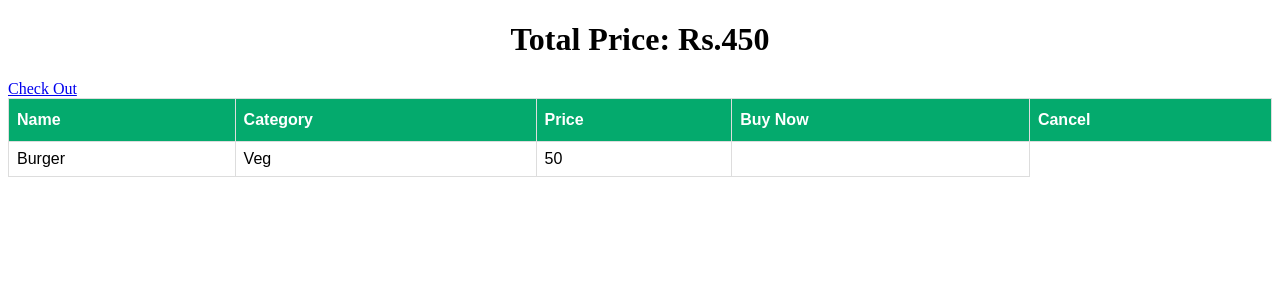
Repository: Shreya200012/FoodBox
Page: http://localhost/foodWeb/cart.jsp
The author's editor kept a copy of each file at every save. The page is drawn from the files as they stood at one save, then again after the next save.
The browser window is 1280 px wide. The pictures show the whole page.
The page is served by Tomcat 9. Other server files are loaded and not shown.

Above is the page before, as saved 2022-06-13 17:44:21.

### foodWeb/src/main/webapp/cart.jsp
<%@ page language="java" contentType="text/html; charset=ISO-8859-1"
    pageEncoding="ISO-8859-1"%>
<!DOCTYPE html>
<html>
<head>
<title>Cart Page</title>
<style>
#customers {
  font-family: Arial, Helvetica, sans-serif;
  border-collapse: collapse;
  width: 100%;
}

#customers td, #customers th {
  border: 1px solid #ddd;
  padding: 8px;
}

#customers tr:nth-child(even){background-color: #f2f2f2;}

#customers tr:hover {background-color: #ddd;}

#customers th {
  padding-top: 12px;
  padding-bottom: 12px;
  text-align: left;
  background-color: #04AA6D;
  color: white;
}
</style>
</head>
<body>
<div class="container">
<div class="d-flex py-3">
<h1 align="center">Total Price: Rs.450</h1>
<a class="mx-3 btn btn-primary" href="#">Check Out</a>
</div>
<table id="customers">
<thead>
<tr>
<th scope="col">Name</th>
<th scope="col">Category</th>
<th scope="col">Price</th>
<th scope="col">Buy Now</th>
<th scope="col">Cancel</th>
</tr>
</thead>
<tbody>
<tr>
<td>Burger</td>
<td>Veg</td>
<td>50</td>
<td>
<form action="" method="post" class="form-inline">
<input type="hidden" name="id" value="1" class="form-input">
<div class="form-group d-flex justify-content-between">
<a class="btn btn-sm btn-incre"><i class="fas fa-plus-square"></i></a></div>

</form>

</tbody>
</table>

</div>



</body>

After the next save:
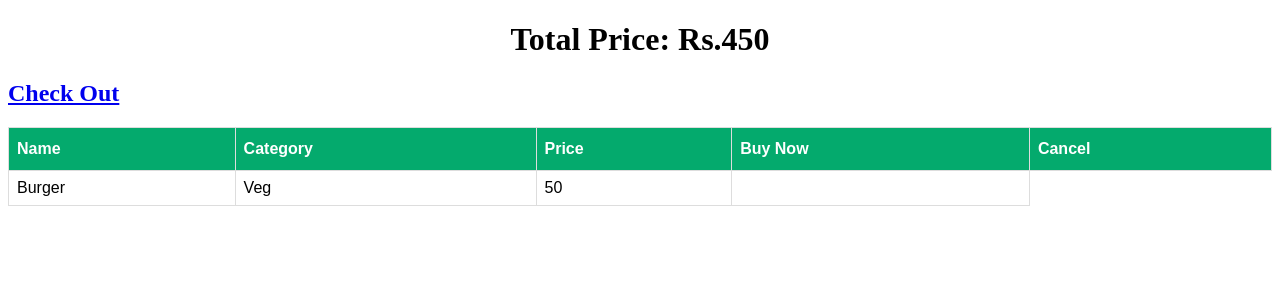
Saved 40 s later.
--- a/foodWeb/src/main/webapp/cart.jsp
+++ b/foodWeb/src/main/webapp/cart.jsp
@@ -33,7 +33,7 @@
 <div class="container">
 <div class="d-flex py-3">
 <h1 align="center">Total Price: Rs.450</h1>
-<a class="mx-3 btn btn-primary" href="#">Check Out</a>
+<a class="mx-3 btn btn-primary" href="#"><h2>Check Out</h2></a>
 </div>
 <table id="customers">
 <thead>
